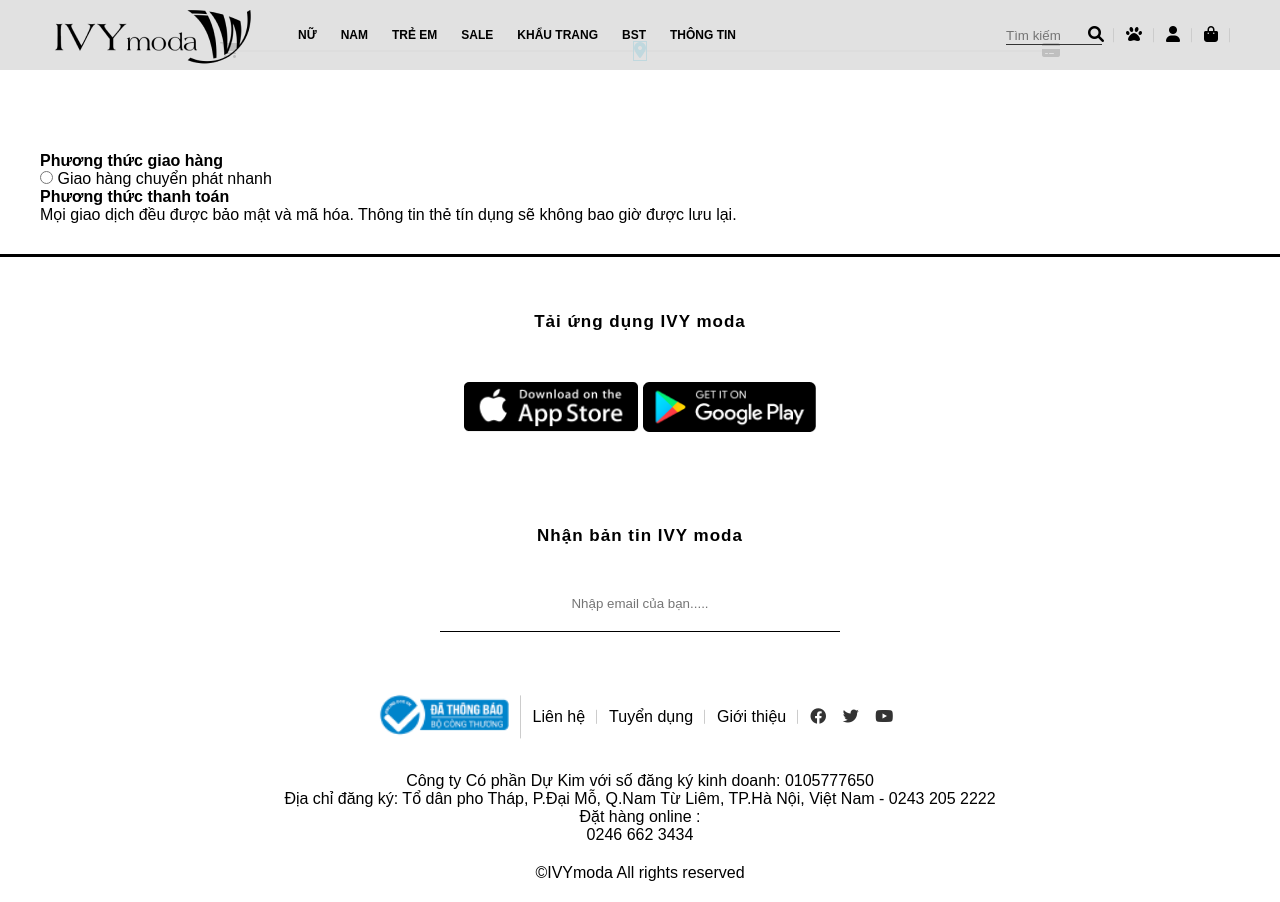
Repository: dinhvanbinh2310/ivy-moda
Page: payment.html
The author's editor kept a copy of each file at every save. The page is drawn from the files as they stood at one save, then again after the next save.
The browser window is 1280 px wide. The pictures show the whole page.

Above is the page before, as saved 2022-05-08 22:53:17.

After the next save:
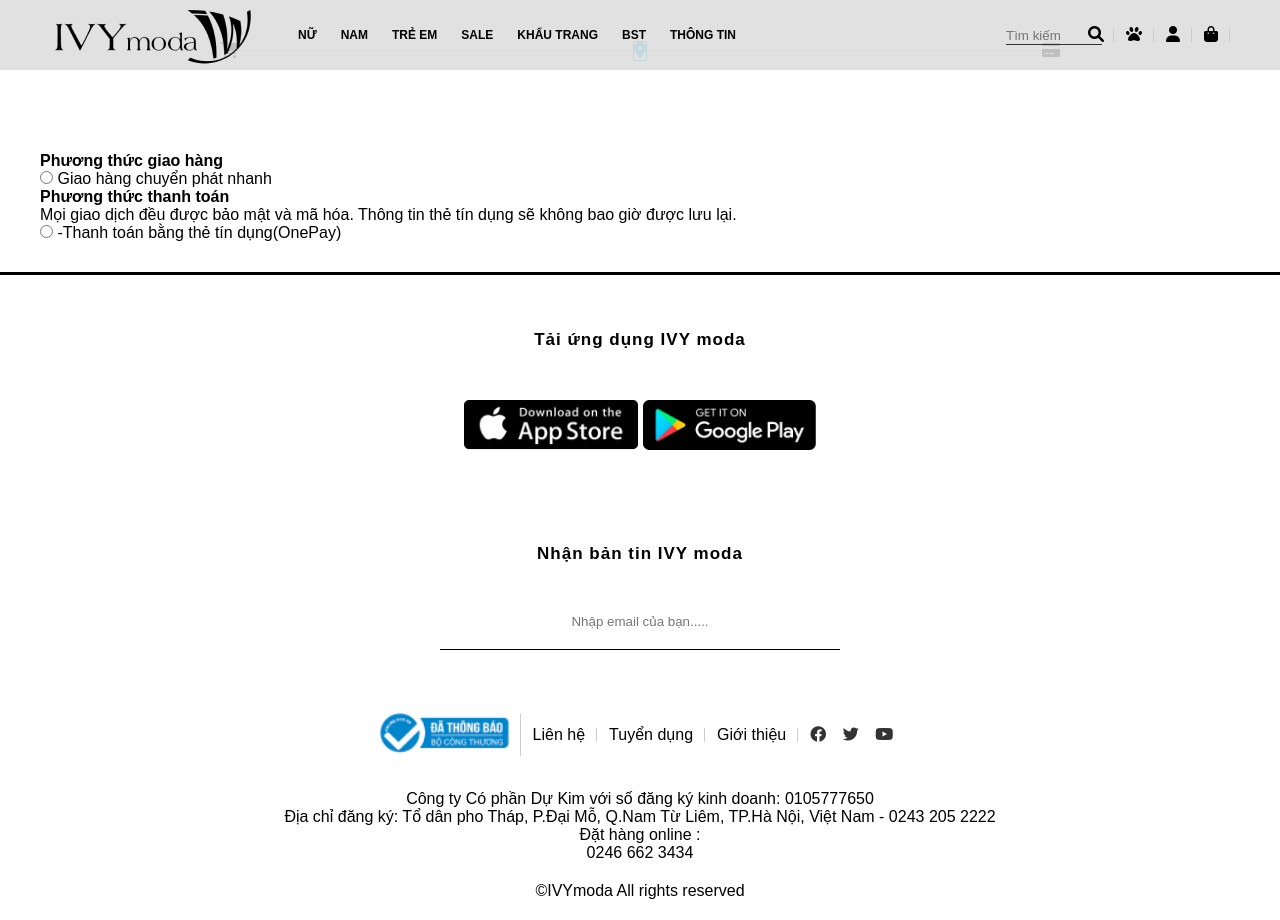
Saved 2 min 4 s later.
--- a/payment.html
+++ b/payment.html
@@ -102,7 +102,10 @@
             <div class="payment-content-left-method-payment">
               <p style="font-weight: bold;">Phương thức thanh toán</p>
               <p>Mọi giao dịch đều được bảo mật và mã hóa. Thông tin thẻ tín dụng sẽ không bao giờ được lưu lại.</p>
-
+              <div class="payment-content-left-method-payment-item">
+                <input type="radio">
+                  <label for="">-Thanh toán bằng thẻ tín dụng(OnePay)</label>
+              </div>
             </div>
     </div>
     <div class="payment-content-right">
